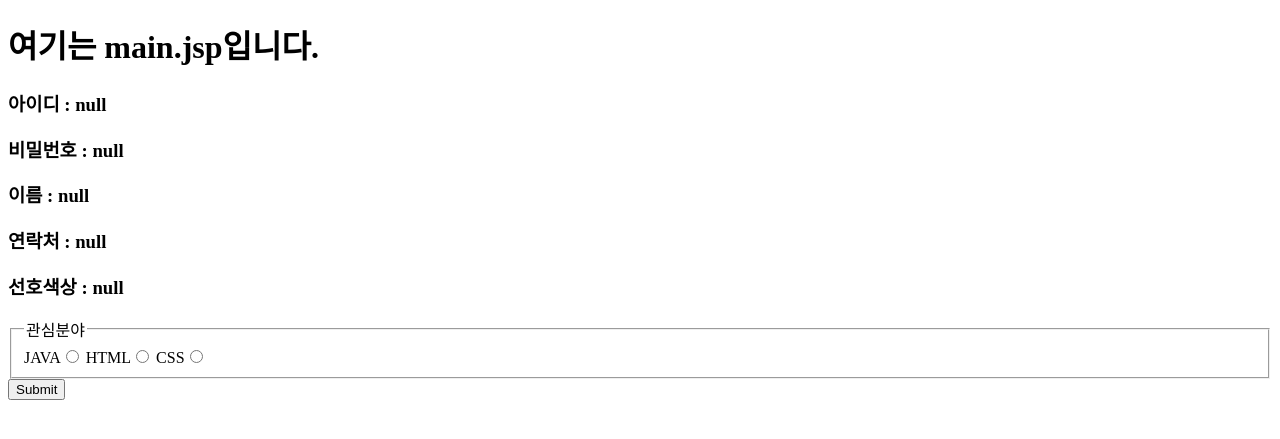
Repository: dychung1021/newrepository
Page: http://localhost/JSP05/main.jsp
The author's editor kept a copy of each file at every save. The page is drawn from the files as they stood at one save, then again after the next save.
The browser window is 1280 px wide. The pictures show the whole page.
The page is served by Tomcat 9.

Above is the page before, as saved 2024-05-10 05:14:51.
Console error: TypeError: document.getElementByTagName is not a function

After the next save:
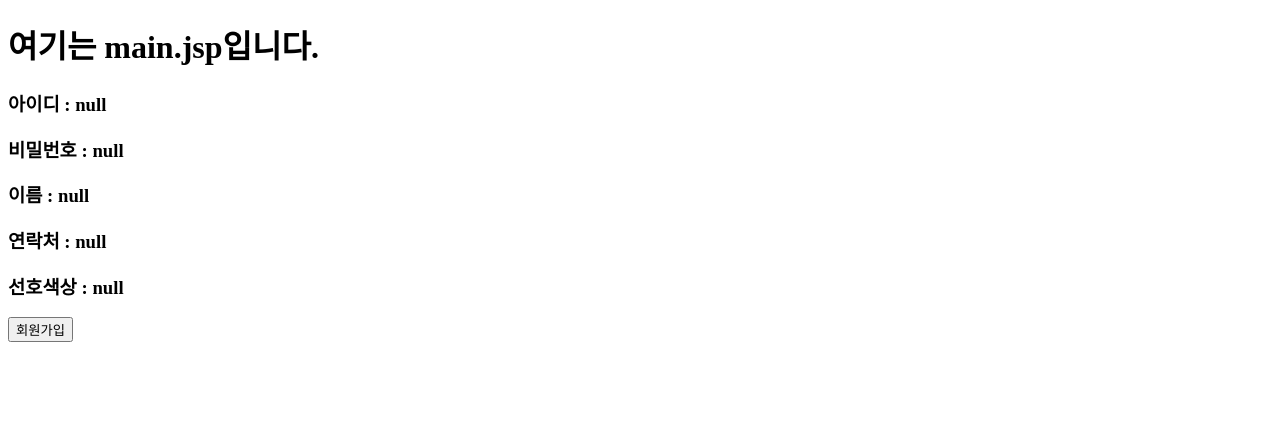
Saved 1 s later.
--- a/JSP/JSP05/src/main/webapp/main.jsp
+++ b/JSP/JSP05/src/main/webapp/main.jsp
@@ -20,16 +20,11 @@
 		<h3>이름 : <% out.print(user_name); %></h3>
 		<h3>연락처 : <% out.print(user_phone); %></h3>
 		<h3>선호색상 : <%=bg %></h3>
-			<fieldset>
-				<legend>관심분야</legend>
-				JAVA<input type="radio" name="subject" value="java">
-				HTML<input type="radio" name="subject" value="html">
-				CSS<input type="radio" name="subject" value="css">
-			</fieldset>
+
 		<script>
 			var user=document.getElementByTagName("h3")[0];
 			user.setAttribute("style", "color:<%=bg%>");
 		</script>
-		<input type="submit">
+		<input type="submit" value="회원가입">
 	</body>
 </html>
